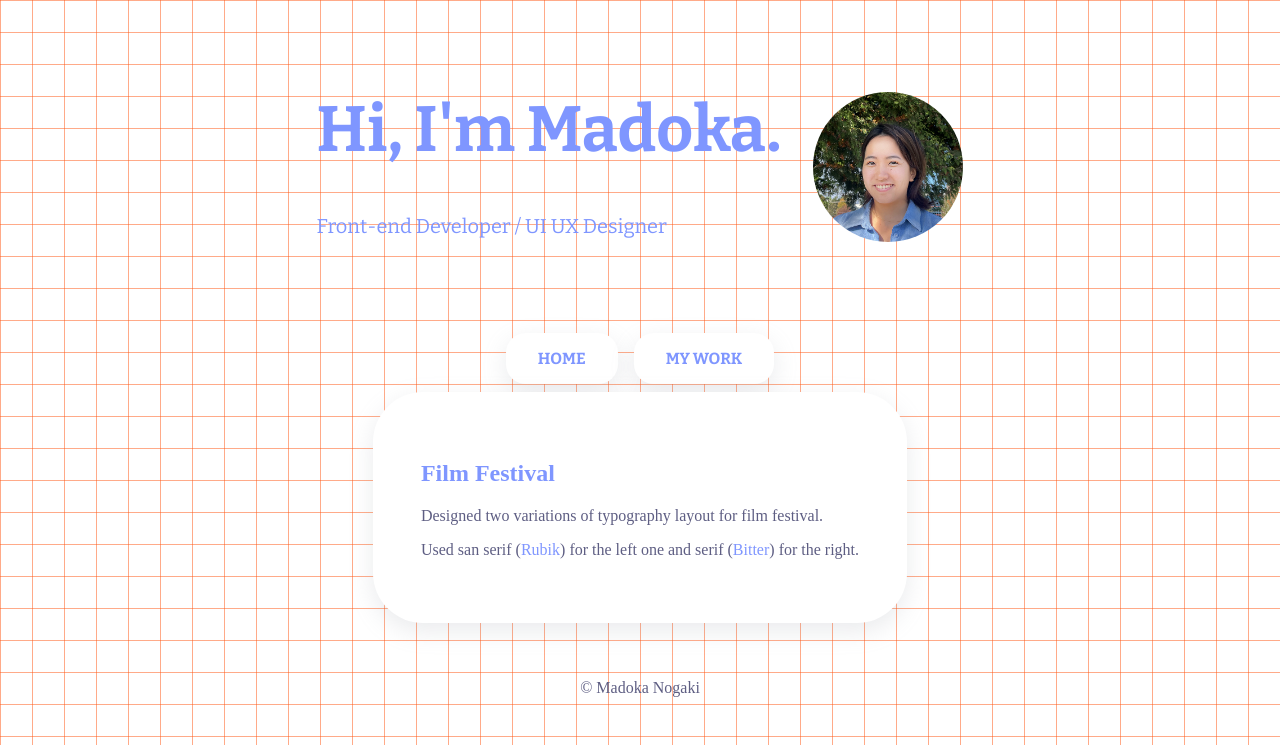
Repository: ohmaruko/portfolio
Page: /links/filmFestival
The author's editor kept a copy of each file at every save. The page is drawn from the files as they stood at one save, then again after the next save.
The browser window is 1280 px wide. The pictures show the whole page.
The project was rebuilt for these pictures with package versions that can differ from the ones it lists, and the page was loaded fresh each time. The framework's server and built-in components were replaced by stand-ins that run in the browser. Also part of the build but not shown: next.config.mjs.

Above is the page before, as saved 2024-02-18 23:55:10.

After the next save:
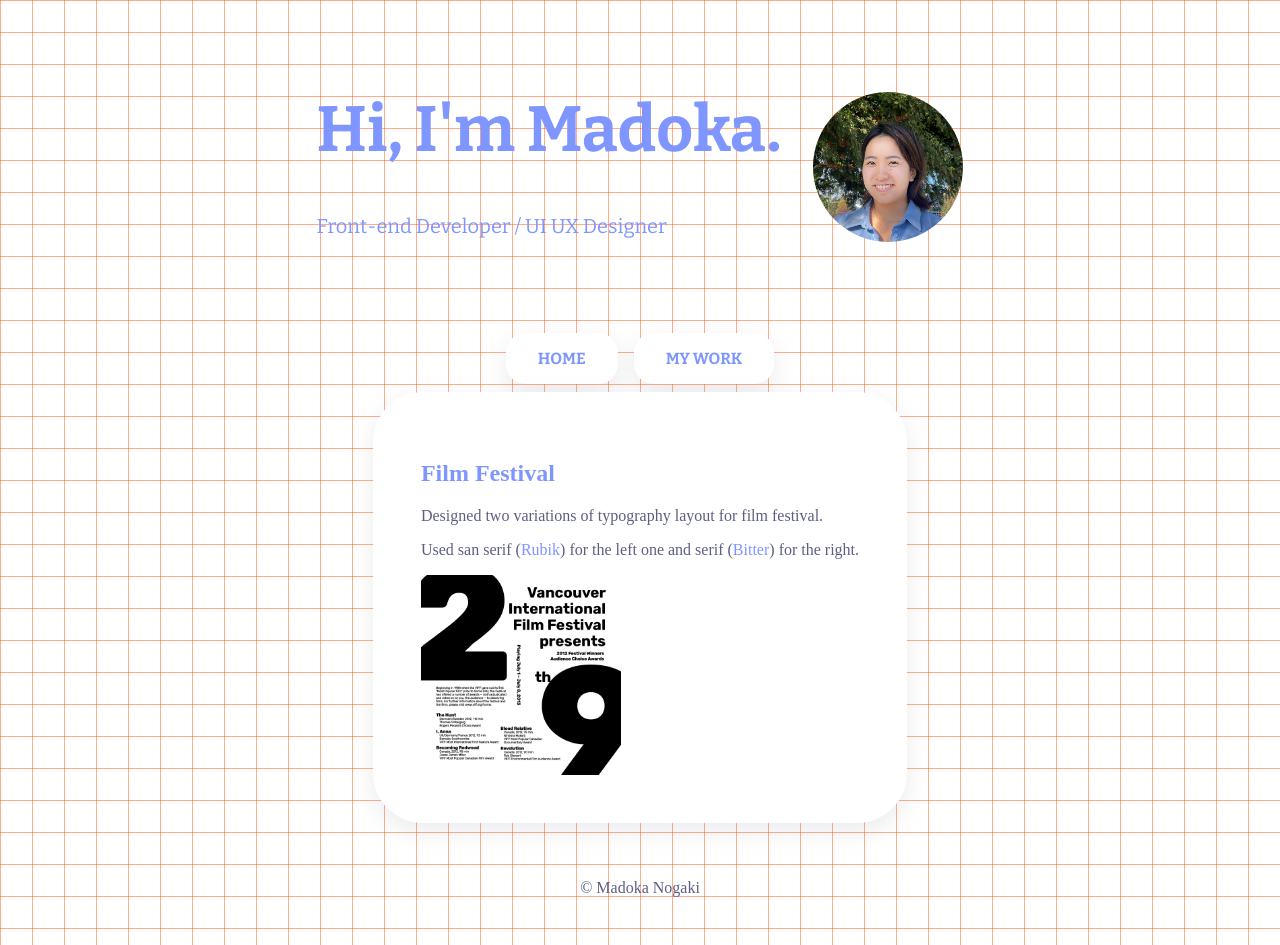
Saved 7 s later.
--- a/styles/Home.module.css
+++ b/styles/Home.module.css
@@ -73,7 +73,8 @@
   color: var(--blue);
 }
 .filmAds {
-  width: ;
+  width: 200px;
+  height: 200px;
   position: relative;
 }
 
